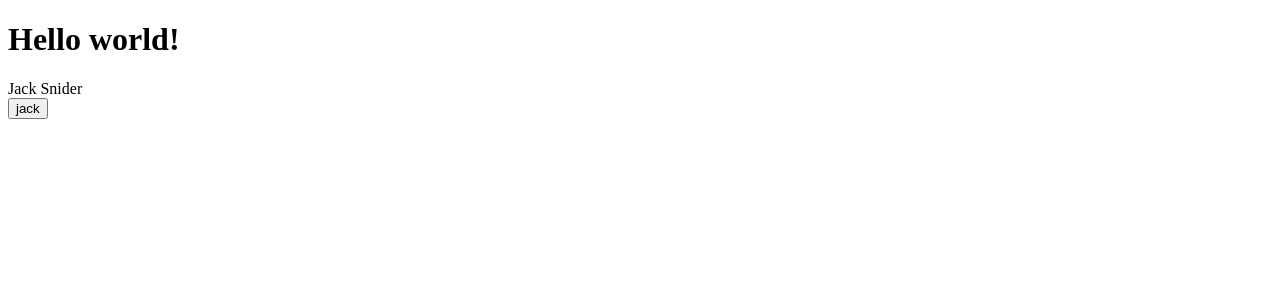
Repository: Jack-Snider/JSP-PlayGround
Page: http://localhost/TEST/views/test.jsp
The author's editor kept a copy of each file at every save. The page is drawn from the files as they stood at one save, then again after a run of saves.
The browser window is 1280 px wide. The pictures show the whole page.
The page is served by Tomcat 9. Other server files are loaded and not shown.

Above is the page before, as saved 2022-10-03 05:25:26.

### TEST/src/main/webapp/views/test.jsp
<%@ page language="java" contentType="text/html; charset=EUC-KR"
    pageEncoding="EUC-KR"%>
<!DOCTYPE html>
<html>
	<head>
		<meta charset="EUC-KR">
		<title>Jack Snider Test</title>

		<script src="https://code.jquery.com/jquery-3.6.1.min.js" integrity="sha256-o88AwQnZB+VDvE9tvIXrMQaPlFFSUTR+nldQm1LuPXQ=" crossorigin="anonymous"></script>



	</head>
	<body>
		<h1>Hello world!</h1>
		<div id = "div">Jack Snider</div>
		<form action="<%= request.getContextPath()%>/jacksnider.do" method = "post">
			<input id = "jack" type = "button" value = "jack">
		</form>



		<script type="text/javascript">

			$( "jack" ).on( "click", function(){
				this.submit();
			});

		</script>

	</body>
</html>

After the next 2 saves:
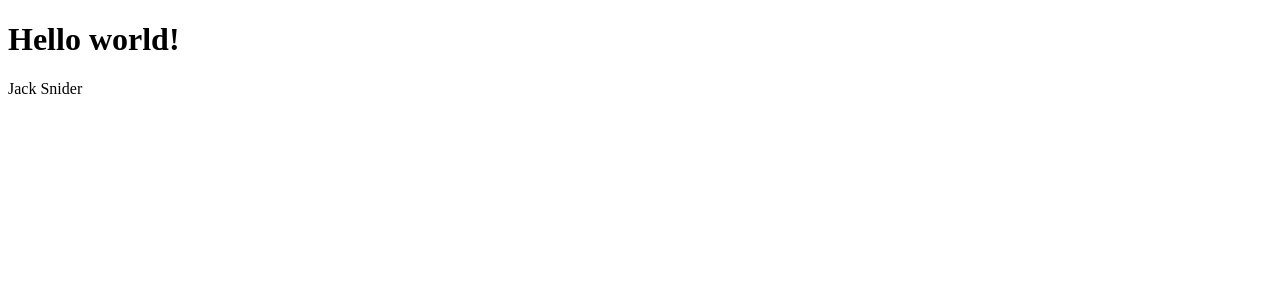
The 2 saves are shown as one change because they came seconds apart.
The last was saved 10 s later.
--- a/TEST/src/main/webapp/views/test.jsp
+++ b/TEST/src/main/webapp/views/test.jsp
@@ -14,17 +14,13 @@
 	<body>
 		<h1>Hello world!</h1>
 		<div id = "div">Jack Snider</div>
-		<form action="<%= request.getContextPath()%>/jacksnider.do" method = "post">
-			<input id = "jack" type = "button" value = "jack">
-		</form>
+
 
 
 
 		<script type="text/javascript">
 
-			$( "jack" ).on( "click", function(){
-				this.submit();
-			});
+
 
 		</script>
 

After the 4 saves that followed:
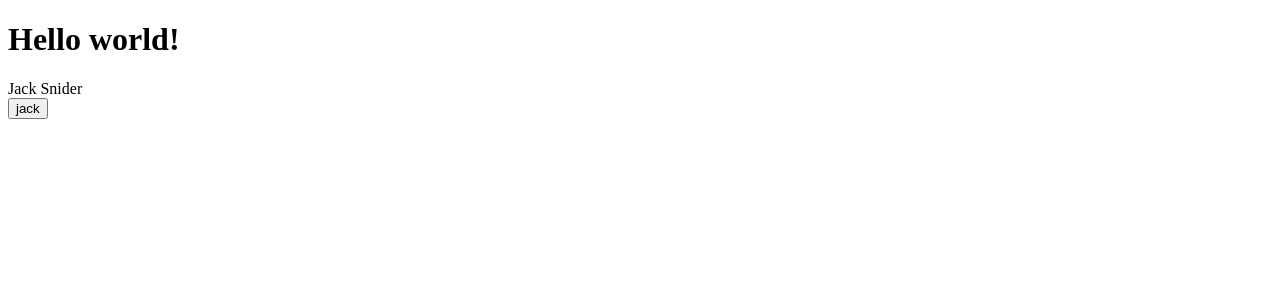
The 4 saves are shown as one change because 1 left the picture as it was and some came seconds apart.
The last was saved 25 s later.
--- a/TEST/src/main/webapp/views/test.jsp
+++ b/TEST/src/main/webapp/views/test.jsp
@@ -15,12 +15,12 @@
 		<h1>Hello world!</h1>
 		<div id = "div">Jack Snider</div>
 
-
+		<button id = "jack">jack</button>
 
 
 		<script type="text/javascript">
 
-
+			alert( "hello world" );
 
 		</script>
 
